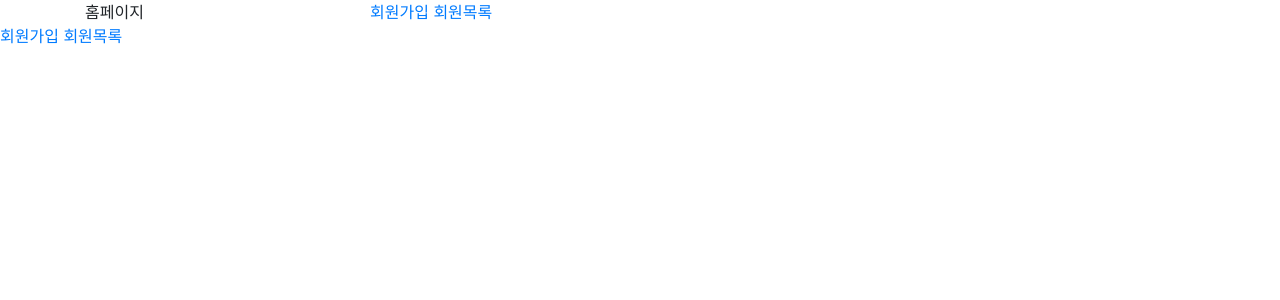
Repository: rjadmsekf13/20201113
Page: Tlqkfrj/WebContent/index.html
An editor plug-in stored every save of this project. The page is shown before and after the next save, followed by the edit.
The browser window is 1280 px wide. The pictures show the whole page.

Above is the page before, as saved 2020-11-06 00:43:04.

### Tlqkfrj/WebContent/index.html
<!DOCTYPE html>
<html>
<head>
<meta charset="UTF-8">
<!-- Latest compiled and minified CSS -->
<link rel="stylesheet"
	href="https://maxcdn.bootstrapcdn.com/bootstrap/4.5.2/css/bootstrap.min.css">
<!-- jQuery library -->
<script
	src="https://ajax.googleapis.com/ajax/libs/jquery/3.5.1/jquery.min.js"></script>
<!-- Popper JS -->
<script
	src="https://cdnjs.cloudflare.com/ajax/libs/popper.js/1.16.0/umd/popper.min.js"></script>
<!-- Latest compiled JavaScript -->
<script
	src="https://maxcdn.bootstrapcdn.com/bootstrap/4.5.2/js/bootstrap.min.js"></script>
<title>Insert title here</title>
</head>
<body>
	<div class="container">
		<div class="row">
			<div class="col-md-3">홈페이지</div>
			<div class="col-md-9">
				<a href="join.html">회원가입</a> <a href="list.html">회원목록</a>
			</div>
		</div>
	</div>
	<a href="join.html">회원가입</a>
	<a href="list.html">회원목록</a>
</body>
</html>

After the next save:
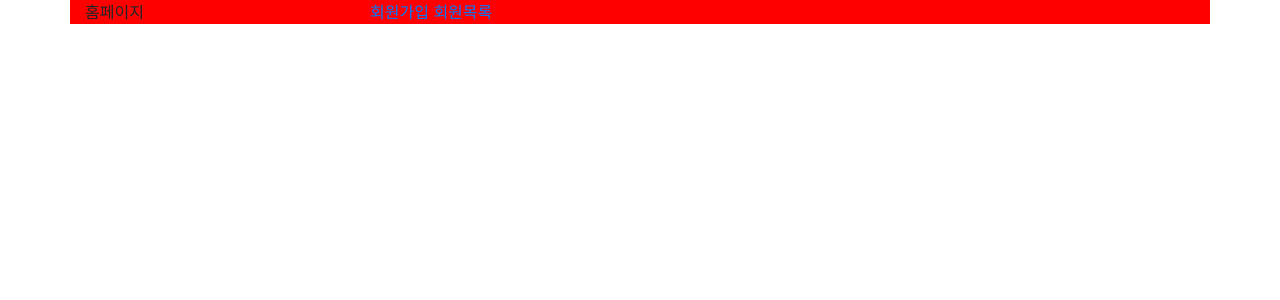
Saved 2 min 53 s later.
--- a/Tlqkfrj/WebContent/index.html
+++ b/Tlqkfrj/WebContent/index.html
@@ -15,17 +15,33 @@
 <script
 	src="https://maxcdn.bootstrapcdn.com/bootstrap/4.5.2/js/bootstrap.min.js"></script>
 <title>Insert title here</title>
+<style>
+	.blue
+	{
+		background-color: blue;
+	}
+	.yellow
+	{
+		background-color: yellow;
+	}
+	.red
+	{
+		background-color: red;
+	}
+	.gray
+	{
+		background-color: gray;
+	}
+</style>
 </head>
 <body>
-	<div class="container">
-		<div class="row">
+	<div class="container gray">
+		<div class="row red">
 			<div class="col-md-3">홈페이지</div>
 			<div class="col-md-9">
 				<a href="join.html">회원가입</a> <a href="list.html">회원목록</a>
 			</div>
 		</div>
 	</div>
-	<a href="join.html">회원가입</a>
-	<a href="list.html">회원목록</a>
 </body>
 </html>
